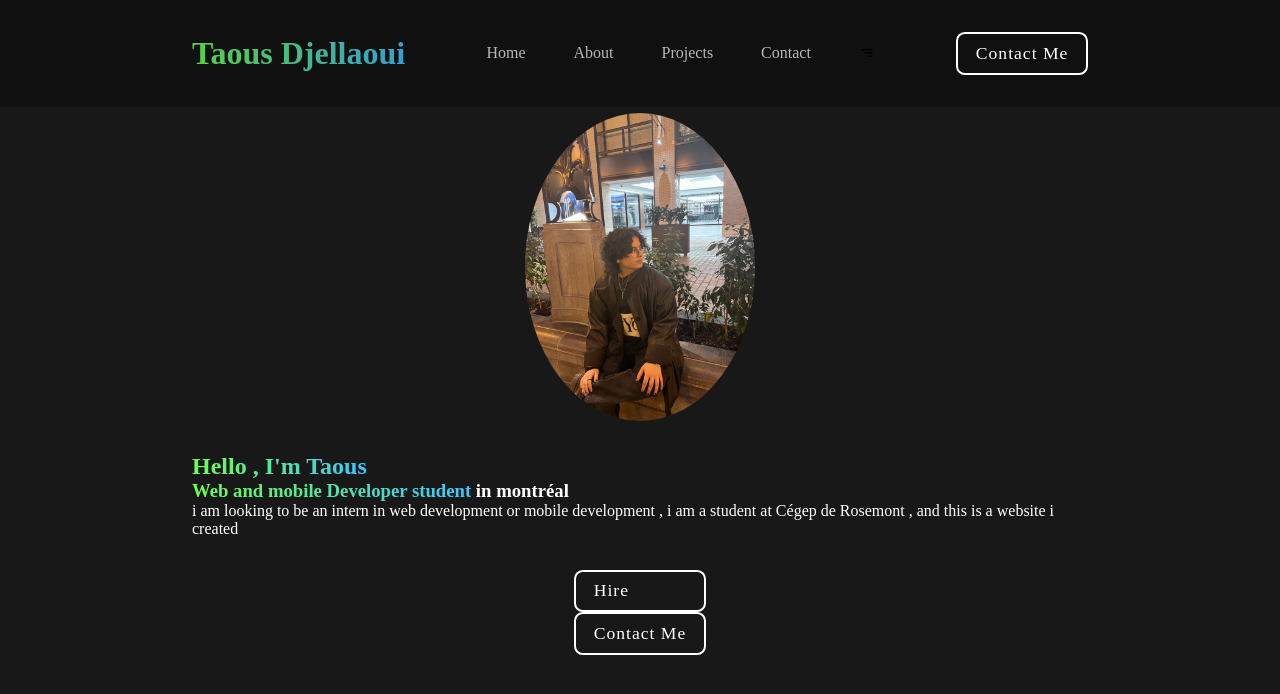
Repository: taousdjellaoui/portfolio-
Page: portfolio/index.html
An editor plug-in stored every save of this project. The page is shown before and after the next save, followed by the edit.
The browser window is 1280 px wide. The pictures show the whole page.

Above is the page before, as saved 2024-09-23 21:02:43.

### portfolio/index.html
<!DOCTYPE html>
<html lang="en">
  <head>
    <meta charset="UTF-8" />
    <meta name="viewport" content="width=device-width, initial-scale=1.0" />
    <title>Portfolio Website</title>
    <link rel="stylesheet" href="style.css" />
    <link href='https://unpkg.com/boxicons@2.1.4/css/boxicons.min.css' rel='stylesheet'>
  </head>
  <body>
    <nav>
      <a href="#" class="logo"><span>Taous Djellaoui</span></a>
      <ul class="links">
        <a href="#home">Home</a>
        <a href="#about">About</a>
        <a href="#projects">Projects</a>
        <a href="#contact">Contact</a>
        <i class='bx bx-menu-alt-right' id="Menu"></i>
      </ul>
      <a href="#contact" class="btn">Contact Me</a>

    </nav>
    <section id="home">
      <img src="image.jpg" alt="">
      <div class="info-box">
        <h1><span>Hello , I'm Taous</span></h1>
        <h3><span>Web and mobile Developer student</span> in montréal</h3>
        <p>i am looking to be an intern in web development or mobile development , i am a student
           at Cégep de Rosemont , and this is a website i created  </p>
      </div>
      <div class="btn-box">
        <div class="btn">Hire</div>
        <div class="btn">Contact Me</div>
        <div></div>

      </div>

    </section>

    <script src="script.js"></script>
  </body>
</html>

### portfolio/style.css
* {
  margin: 0;
  padding: 0;
  box-sizing: border-box;
  text-decoration: none;
  list-style: none;
  scroll-behavior: smooth;
  font-family: "Poppins";
}
:root {
  --background: rgb(24, 24, 24);
  --second-background: rgb(21, 21, 21);
}
body{
  min-height: 100vh;
  background-color: var(--background);
}
nav{
position:fixed;
top:0;
width: 100%;
padding: 2em 15%;
display: flex;
align-items: center;
justify-content: space-between;
background-color:rgba(15,15,15,0.8);
backdrop-filter: blur(10px);
z-index: 1000;
}
ul{
  display:flex;
  align-items: center;
  gap: 3em;

}
nav ul a{
  color: white;
  opacity: 0.7;
  transition:0.2s ease-in-out;
}
nav ul a:hover{
  opacity: 1;

}
.logo{
  font-size:2em;
  color: white;
  font-weight: 800;
  opacity: 0.8;
  transition: 0.2s ease-in-out;

}
.logo:hover{
  opacity: 1;
}
.btn{
  padding : 0.5em 1em;
  color : white;
  font-weight: 500;
  letter-spacing:1px ;
  border-radius: 0.5em;
  font-size: 1.1em;
  border: 2px solid white;
  cursor: pointer;
  transition: 0.3s ease-in-out;

}
.btn:hover{
  background-color: white;
  color: var(--background);

}
span{
  background: linear-gradient(to right,#6cff52,#3ec5ff);
  background-clip: text;
  color:transparent;
}
#menu{
  color:white;
  font-size:3em;
  display:none;
}
section{
  min-height: 100vh;
  padding: 5% 15%;
}
#home{
display: flex;
flex-direction: column;
align-items:center;
justify-content: center;
gap:2em;
color:white;

}
#home img{
width:18vw;
border-radius: 90%;
margin-top: 3em;

}

Loaded but not shown: portfolio/script.js (no stored copy; drawn as an empty file)

After the next save:
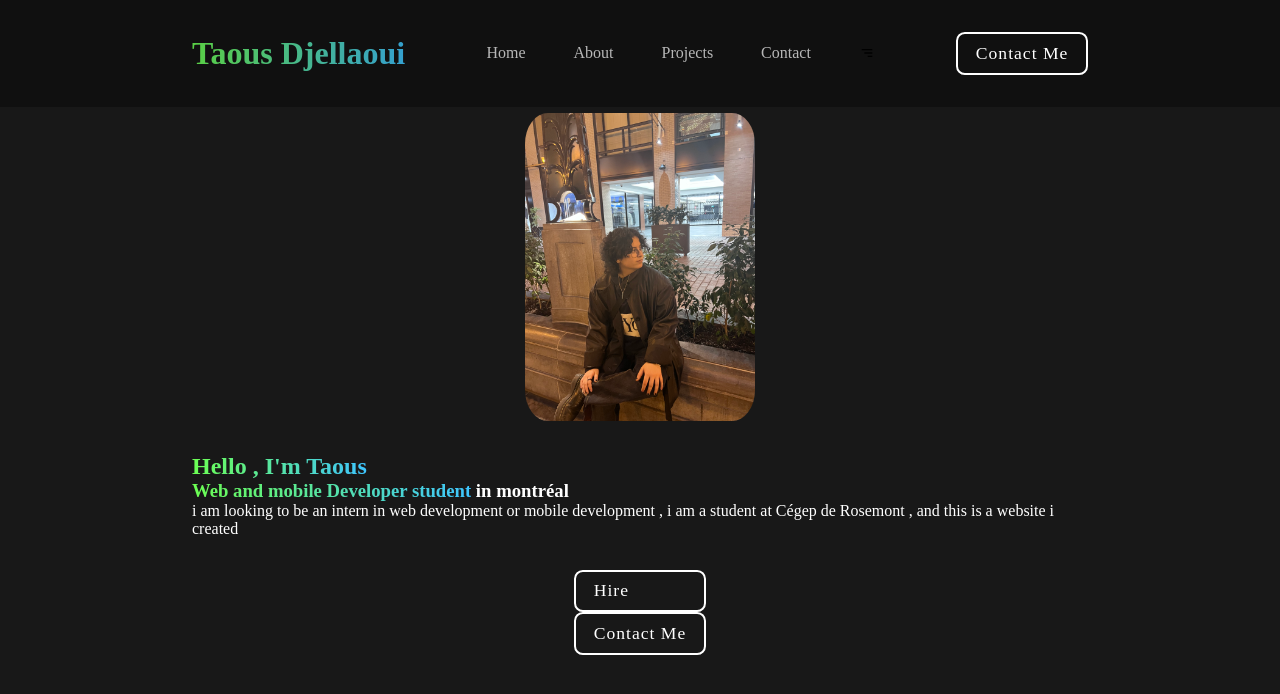
Saved 10 s later.
--- a/portfolio/style.css
+++ b/portfolio/style.css
@@ -95,7 +95,7 @@ color:white;
 }
 #home img{
 width:18vw;
-border-radius: 90%;
+border-radius: 10%;
 margin-top: 3em;
 
 }
